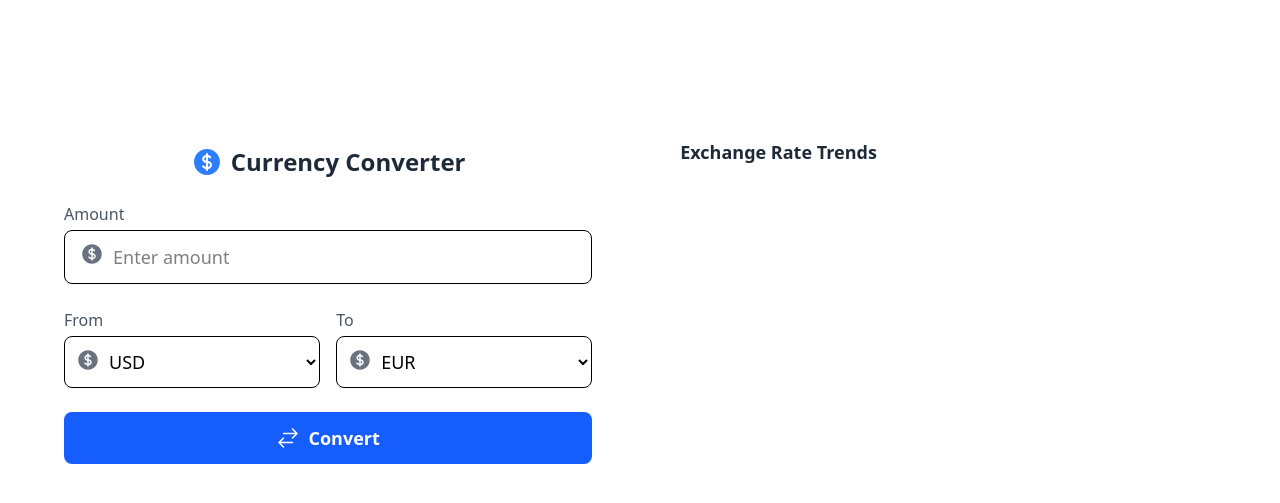
Repository: adrcstro/withcenter_developer_exam
Page: /
An editor plug-in stored every save of this project. The page is shown before and after the next save, followed by the edit.
The browser window is 1280 px wide. The pictures show the whole page.
The page's requests for data from a server got no answer. The project was rebuilt for these pictures with package versions that can differ from the ones it lists, and the page was loaded fresh each time. No one was signed in, and anything a server would have sent is missing. Also part of the build but not shown: vite.config.ts.

Above is the page before, as saved 2025-03-16 20:21:37.

After the next save:
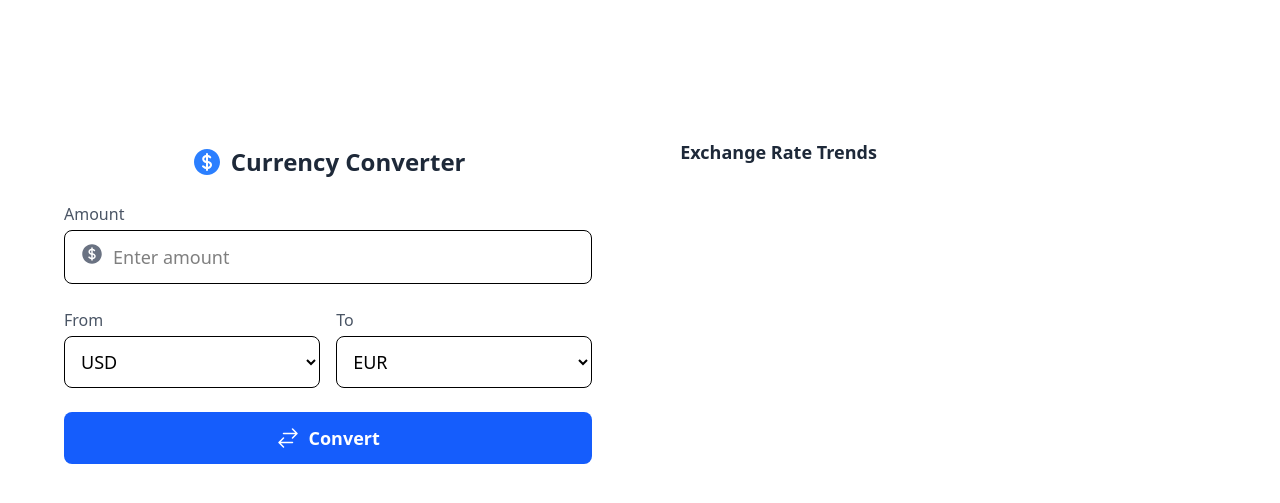
Saved 3 min 22 s later.
--- a/src/App.tsx
+++ b/src/App.tsx
@@ -1,6 +1,6 @@
 import { useState, useEffect } from "react";
 import axios from "axios";
-import { LineChart, Line, XAxis, YAxis, Tooltip, ResponsiveContainer } from "recharts";
+import { Radar, RadarChart, PolarGrid, PolarAngleAxis, PolarRadiusAxis, Tooltip, ResponsiveContainer } from "recharts";
 import { ArrowsRightLeftIcon, CurrencyDollarIcon } from "@heroicons/react/24/solid";
 
 const API_KEY = "a532237798c886cb201fa22c";
@@ -13,7 +13,7 @@
   const [fromCurrency, setFromCurrency] = useState("USD");
   const [toCurrency, setToCurrency] = useState("EUR");
   const [convertedAmount, setConvertedAmount] = useState("");
-  const [exchangeRates, setExchangeRates] = useState<{ currency: string; rate: number }[]>([]);
+  const [exchangeRates, setExchangeRates] = useState([]);
 
   useEffect(() => {
     fetchExchangeRates();
@@ -23,9 +23,9 @@
     try {
       const response = await axios.get(`${BASE_URL}/${API_KEY}/latest/${fromCurrency}`);
       const rates = response.data.conversion_rates;
-      const data = Object.keys(rates).map(currency => ({
+      const data = currencies.map(currency => ({
         currency,
-        rate: rates[currency],
+        rate: rates[currency] || 1,
       }));
       setExchangeRates(data);
     } catch (error) {
@@ -41,13 +41,11 @@
   return (
     <div className="flex flex-col items-center justify-center min-h-screen bg-white p-8">
       <div className="flex flex-row gap-8 w-full max-w-[1400px]">
-        {/* Currency Converter */}
-        <div className="bg-white rounded-xl p-8 w-1/2 ">
+        <div className="bg-white rounded-xl p-8 w-1/2">
           <h2 className="text-2xl font-bold text-gray-800 text-center mb-6 flex items-center justify-center gap-2">
             <CurrencyDollarIcon className="w-8 h-8 text-blue-500" />
             Currency Converter
           </h2>
-
           <div className="mb-6">
             <label className="block text-gray-600 text-base font-medium">Amount</label>
             <div className="relative">
@@ -65,38 +63,28 @@
           <div className="flex gap-4 mb-6">
             <div className="w-1/2">
               <label className="block text-gray-600 text-base font-medium">From</label>
-              <div className="relative">
-                <select
-                  value={fromCurrency}
-                  onChange={(e) => setFromCurrency(e.target.value)}
-                  className="w-full mt-1 pl-10 pr-4 py-3 border rounded-lg text-lg focus:outline-none focus:ring-2 focus:ring-blue-400"
-                >
-                  {currencies.map((currency) => (
-                    <option key={currency} value={currency}>
-                      {currency}
-                    </option>
-                  ))}
-                </select>
-                <CurrencyDollarIcon className="w-6 h-6 text-gray-500 absolute left-3 top-4" />
-              </div>
+              <select
+                value={fromCurrency}
+                onChange={(e) => setFromCurrency(e.target.value)}
+                className="w-full mt-1 pl-3 pr-4 py-3 border rounded-lg text-lg focus:outline-none focus:ring-2 focus:ring-blue-400"
+              >
+                {currencies.map(currency => (
+                  <option key={currency} value={currency}>{currency}</option>
+                ))}
+              </select>
             </div>
 
             <div className="w-1/2">
               <label className="block text-gray-600 text-base font-medium">To</label>
-              <div className="relative">
-                <select
-                  value={toCurrency}
-                  onChange={(e) => setToCurrency(e.target.value)}
-                  className="w-full mt-1 pl-10 pr-4 py-3 border rounded-lg text-lg focus:outline-none focus:ring-2 focus:ring-blue-400"
-                >
-                  {currencies.map((currency) => (
-                    <option key={currency} value={currency}>
-                      {currency}
-                    </option>
-                  ))}
-                </select>
-                <CurrencyDollarIcon className="w-6 h-6 text-gray-500 absolute left-3 top-4" />
-              </div>
+              <select
+                value={toCurrency}
+                onChange={(e) => setToCurrency(e.target.value)}
+                className="w-full mt-1 pl-3 pr-4 py-3 border rounded-lg text-lg focus:outline-none focus:ring-2 focus:ring-blue-400"
+              >
+                {currencies.map(currency => (
+                  <option key={currency} value={currency}>{currency}</option>
+                ))}
+              </select>
             </div>
           </div>
 
@@ -117,16 +105,16 @@
           )}
         </div>
 
-        {/* Exchange Rate Chart */}
-        <div className="w-1/2 p-6 bg-white rounded-xl ">
+        <div className="w-1/2 p-6 bg-white rounded-xl">
           <h3 className="text-lg font-semibold text-gray-800 mb-4">Exchange Rate Trends</h3>
           <ResponsiveContainer width="100%" height={400}>
-            <LineChart data={exchangeRates}>
-              <XAxis dataKey="currency" />
-              <YAxis />
+            <RadarChart outerRadius={150} data={exchangeRates}>
+              <PolarGrid />
+              <PolarAngleAxis dataKey="currency" />
+              <PolarRadiusAxis />
               <Tooltip />
-              <Line type="monotone" dataKey="rate" stroke="#2563eb" strokeWidth={2} />
-            </LineChart>
+              <Radar name="Exchange Rate" dataKey="rate" stroke="#2563eb" fill="#2563eb" fillOpacity={0.6} />
+            </RadarChart>
           </ResponsiveContainer>
         </div>
       </div>

After the save that followed:
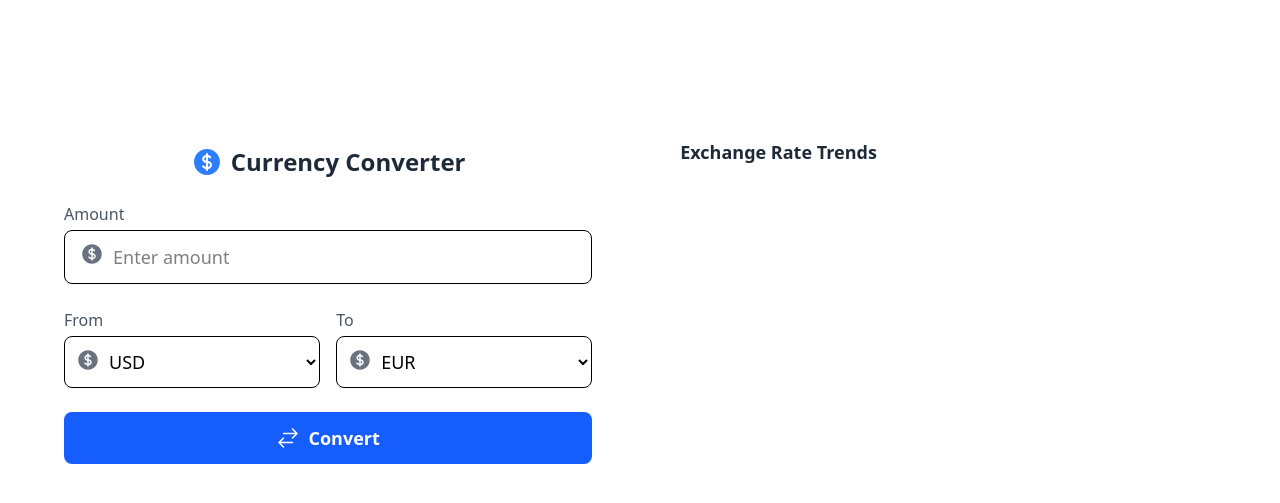
Saved 11 s later.
--- a/src/App.tsx
+++ b/src/App.tsx
@@ -1,6 +1,6 @@
 import { useState, useEffect } from "react";
 import axios from "axios";
-import { Radar, RadarChart, PolarGrid, PolarAngleAxis, PolarRadiusAxis, Tooltip, ResponsiveContainer } from "recharts";
+import { LineChart, Line, XAxis, YAxis, Tooltip, ResponsiveContainer } from "recharts";
 import { ArrowsRightLeftIcon, CurrencyDollarIcon } from "@heroicons/react/24/solid";
 
 const API_KEY = "a532237798c886cb201fa22c";
@@ -13,7 +13,7 @@
   const [fromCurrency, setFromCurrency] = useState("USD");
   const [toCurrency, setToCurrency] = useState("EUR");
   const [convertedAmount, setConvertedAmount] = useState("");
-  const [exchangeRates, setExchangeRates] = useState([]);
+  const [exchangeRates, setExchangeRates] = useState<{ currency: string; rate: number }[]>([]);
 
   useEffect(() => {
     fetchExchangeRates();
@@ -23,9 +23,9 @@
     try {
       const response = await axios.get(`${BASE_URL}/${API_KEY}/latest/${fromCurrency}`);
       const rates = response.data.conversion_rates;
-      const data = currencies.map(currency => ({
+      const data = Object.keys(rates).map(currency => ({
         currency,
-        rate: rates[currency] || 1,
+        rate: rates[currency],
       }));
       setExchangeRates(data);
     } catch (error) {
@@ -41,11 +41,13 @@
   return (
     <div className="flex flex-col items-center justify-center min-h-screen bg-white p-8">
       <div className="flex flex-row gap-8 w-full max-w-[1400px]">
-        <div className="bg-white rounded-xl p-8 w-1/2">
+        {/* Currency Converter */}
+        <div className="bg-white rounded-xl p-8 w-1/2 ">
           <h2 className="text-2xl font-bold text-gray-800 text-center mb-6 flex items-center justify-center gap-2">
             <CurrencyDollarIcon className="w-8 h-8 text-blue-500" />
             Currency Converter
           </h2>
+
           <div className="mb-6">
             <label className="block text-gray-600 text-base font-medium">Amount</label>
             <div className="relative">
@@ -63,28 +65,38 @@
           <div className="flex gap-4 mb-6">
             <div className="w-1/2">
               <label className="block text-gray-600 text-base font-medium">From</label>
-              <select
-                value={fromCurrency}
-                onChange={(e) => setFromCurrency(e.target.value)}
-                className="w-full mt-1 pl-3 pr-4 py-3 border rounded-lg text-lg focus:outline-none focus:ring-2 focus:ring-blue-400"
-              >
-                {currencies.map(currency => (
-                  <option key={currency} value={currency}>{currency}</option>
-                ))}
-              </select>
+              <div className="relative">
+                <select
+                  value={fromCurrency}
+                  onChange={(e) => setFromCurrency(e.target.value)}
+                  className="w-full mt-1 pl-10 pr-4 py-3 border rounded-lg text-lg focus:outline-none focus:ring-2 focus:ring-blue-400"
+                >
+                  {currencies.map((currency) => (
+                    <option key={currency} value={currency}>
+                      {currency}
+                    </option>
+                  ))}
+                </select>
+                <CurrencyDollarIcon className="w-6 h-6 text-gray-500 absolute left-3 top-4" />
+              </div>
             </div>
 
             <div className="w-1/2">
               <label className="block text-gray-600 text-base font-medium">To</label>
-              <select
-                value={toCurrency}
-                onChange={(e) => setToCurrency(e.target.value)}
-                className="w-full mt-1 pl-3 pr-4 py-3 border rounded-lg text-lg focus:outline-none focus:ring-2 focus:ring-blue-400"
-              >
-                {currencies.map(currency => (
-                  <option key={currency} value={currency}>{currency}</option>
-                ))}
-              </select>
+              <div className="relative">
+                <select
+                  value={toCurrency}
+                  onChange={(e) => setToCurrency(e.target.value)}
+                  className="w-full mt-1 pl-10 pr-4 py-3 border rounded-lg text-lg focus:outline-none focus:ring-2 focus:ring-blue-400"
+                >
+                  {currencies.map((currency) => (
+                    <option key={currency} value={currency}>
+                      {currency}
+                    </option>
+                  ))}
+                </select>
+                <CurrencyDollarIcon className="w-6 h-6 text-gray-500 absolute left-3 top-4" />
+              </div>
             </div>
           </div>
 
@@ -105,16 +117,16 @@
           )}
         </div>
 
-        <div className="w-1/2 p-6 bg-white rounded-xl">
+        {/* Exchange Rate Chart */}
+        <div className="w-1/2 p-6 bg-white rounded-xl ">
           <h3 className="text-lg font-semibold text-gray-800 mb-4">Exchange Rate Trends</h3>
           <ResponsiveContainer width="100%" height={400}>
-            <RadarChart outerRadius={150} data={exchangeRates}>
-              <PolarGrid />
-              <PolarAngleAxis dataKey="currency" />
-              <PolarRadiusAxis />
+            <LineChart data={exchangeRates}>
+              <XAxis dataKey="currency" />
+              <YAxis />
               <Tooltip />
-              <Radar name="Exchange Rate" dataKey="rate" stroke="#2563eb" fill="#2563eb" fillOpacity={0.6} />
-            </RadarChart>
+              <Line type="monotone" dataKey="rate" stroke="#2563eb" strokeWidth={2} />
+            </LineChart>
           </ResponsiveContainer>
         </div>
       </div>
